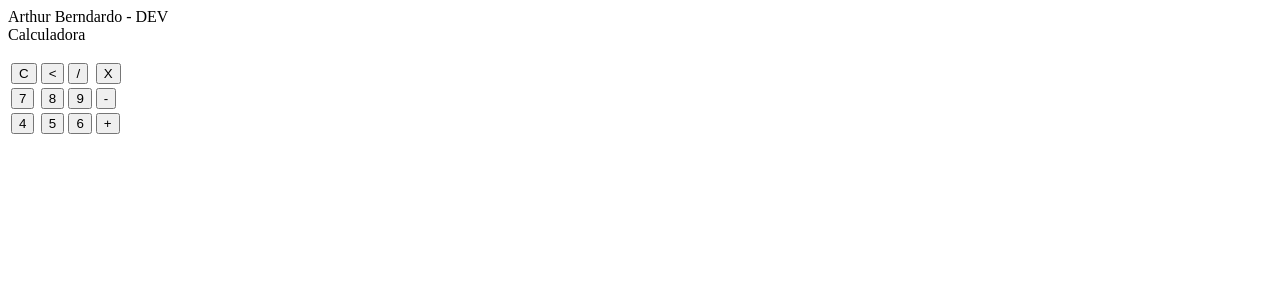
Repository: oThurDev/calculadora
Page: calculadora.html
These files come from the project's save history. The page is drawn as it stood at one moment and after the next save; the edit follows.
The browser window is 1280 px wide. The pictures show the whole page.

Above is the page before, as saved 2022-02-25 15:17:59.

### calculadora.html
<!DOCTYPE html>
<html lang="en">
<head>
    <meta charset="UTF-8">
    <meta name="viewport" content="width=device-width, initial-scale=1.0">
    <title>Calculadora</title>
</head>
<body>
    <div class="fundo">
        <span>Arthur Berndardo - DEV</span>
        <div class="calculadora">
            <span>Calculadora</span>
            <p id="resultado"></p>
            <table>
                <tr>
                    <td><button>C</button></td>
                    <td><button><</button></td>
                    <td><button>/</button></td>
                    <td><button>X</button></td>
                </tr>
                <tr>
                    <td><button>7</button></td>
                    <td><button>8</button></td>
                    <td><button>9</button></td>
                    <td><button>-</button></td>
                </tr>
                <tr>
                    <td><button>4</button></td>
                    <td><button>5</button></td>
                    <td><button>6</button></td>
                    <td><button>+</button></td>
                </tr>
            </table>
        </div>
    </div>
</body>
</html>

After the next save:
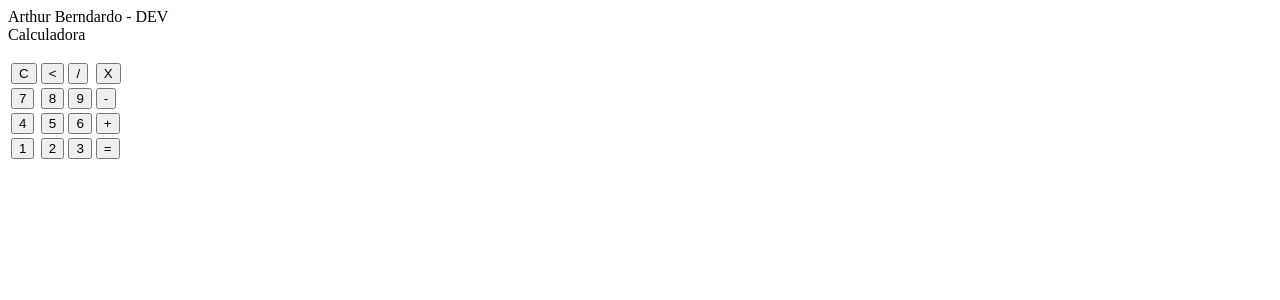
Saved 59 s later.
--- a/calculadora.html
+++ b/calculadora.html
@@ -30,6 +30,12 @@
                     <td><button>6</button></td>
                     <td><button>+</button></td>
                 </tr>
+                <tr>
+                    <td><button>1</button></td>
+                    <td><button>2</button></td>
+                    <td><button>3</button></td>
+                    <td><button>=</button></td>
+                </tr>
             </table>
         </div>
     </div>
